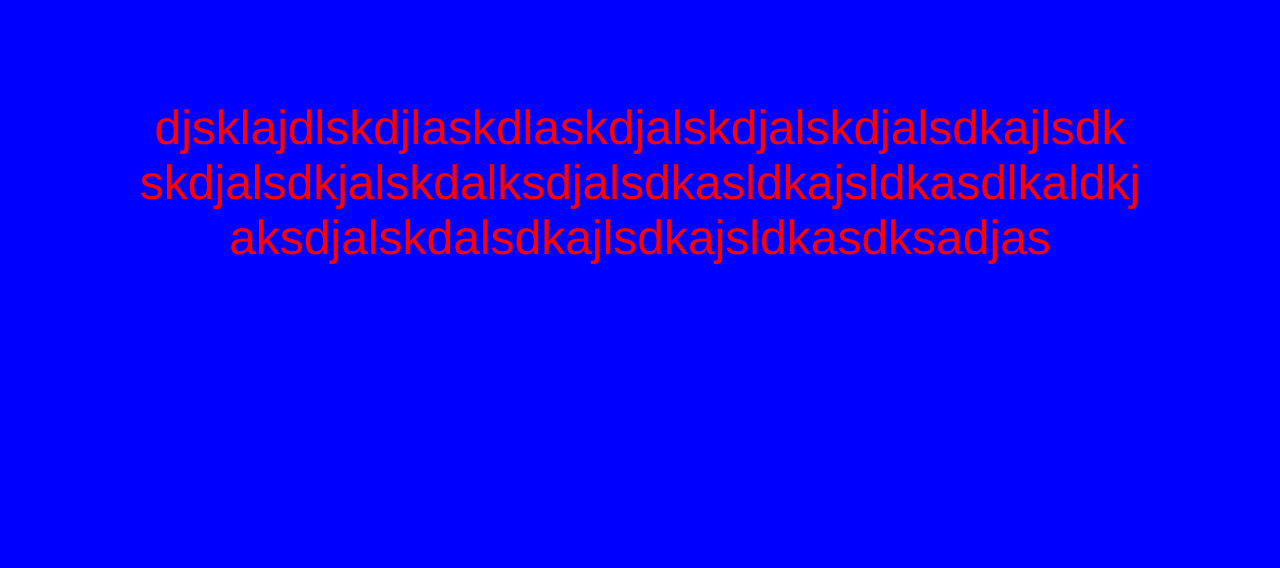
Repository: hanj291/hanj291.github.io
Page: page2.html
The author's editor kept a record of every edit. The page is drawn from the files as they stood at one moment, then again after the next edit.
The browser window is 1280 px wide. The pictures show the whole page.

Above is the page before.

After the next edit:
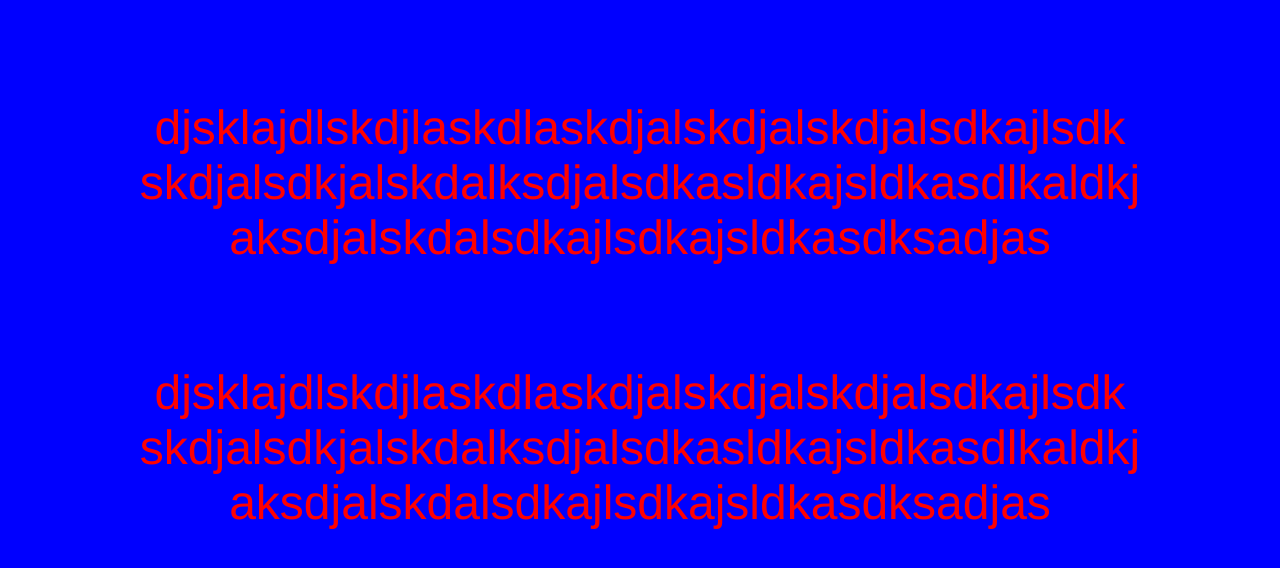
The edit:
--- a/page2.html
+++ b/page2.html
@@ -14,6 +14,11 @@
 
 		</p>
 		<div class="column"></div>
+		<p>djsklajdlskdjlaskdlaskdjalskdjalskdjalsdkajlsdk
+			skdjalsdkjalskdalksdjalsdkasldkajsldkasdlkaldkj
+			aksdjalskdalsdkajlsdkajsldkasdksadjas
+
+		</p>
 	</div>
 	</body>
 </html>
